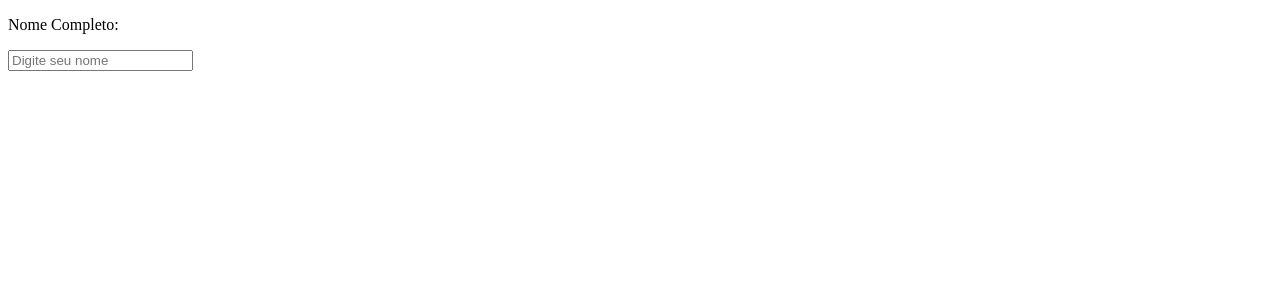
Repository: guilhermecardoso93/exerciciosjs
Page: index.html
The author's editor kept a copy of each file at every save. The page is drawn from the files as they stood at one save, then again after the next save.
The browser window is 1280 px wide. The pictures show the whole page.

Above is the page before, as saved 2023-05-20 10:55:30.
Console error: TypeError: Cannot read properties of null (reading 'value')

After the next save:
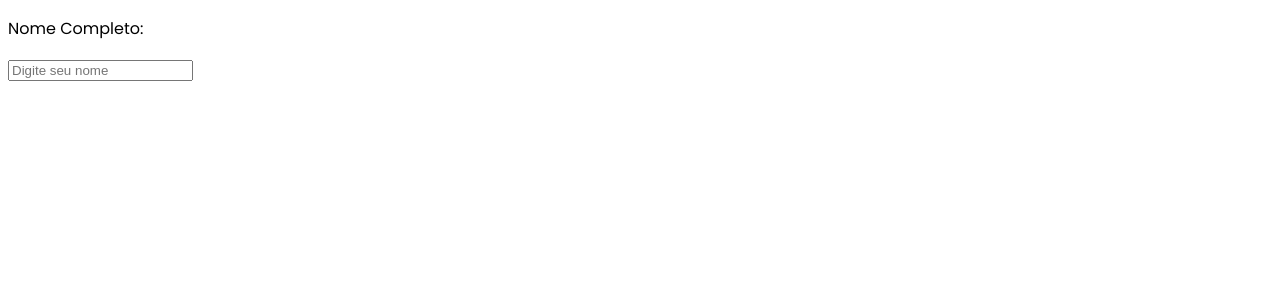
Saved 42 s later.
--- a/index.html
+++ b/index.html
@@ -5,8 +5,11 @@
     <meta http-equiv="X-UA-Compatible" content="IE=edge">
     <meta name="viewport" content="width=device-width, initial-scale=1.0">
     <link rel="preconnect" href="https://fonts.googleapis.com">
-<link rel="preconnect" href="https://fonts.gstatic.com" crossorigin>
-<link href="https://fonts.googleapis.com/css2?family=Poppins:wght@400;500&display=swap" rel="stylesheet">
+    <link rel="preconnect" href="https://fonts.gstatic.com" crossorigin>
+    <link rel="stylesheet" href="styles.css">
+    <link
+      href="https://fonts.googleapis.com/css2?family=Poppins:wght@400;500&display=swap"
+      rel="stylesheet">
     <title>40 - exercícios de JS</title>
   </head>
   <body>
